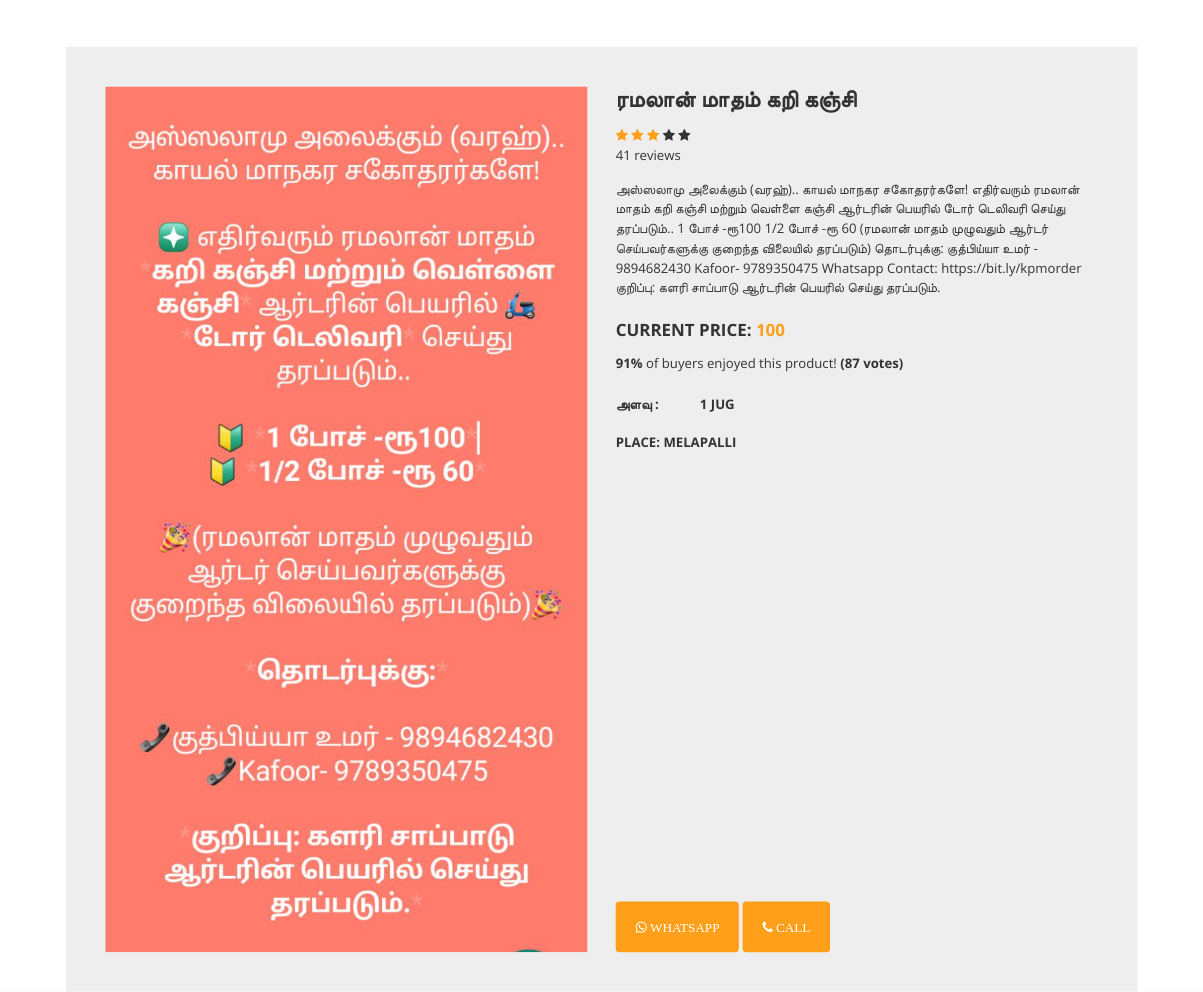
Repository: rsusolutions/RSU-Website
Page: App/files/1.html
An editor plug-in stored every save of this project. The page is shown before and after the next save, followed by the edit.
The browser window is 1280 px wide. The pictures show the whole page, at 94% of full size.
Some web libraries are served in a nearby version.

Above is the page before, as saved 2020-04-21 23:16:29.
Console error (its wording comes from the project's code and is left out).

After the next save:
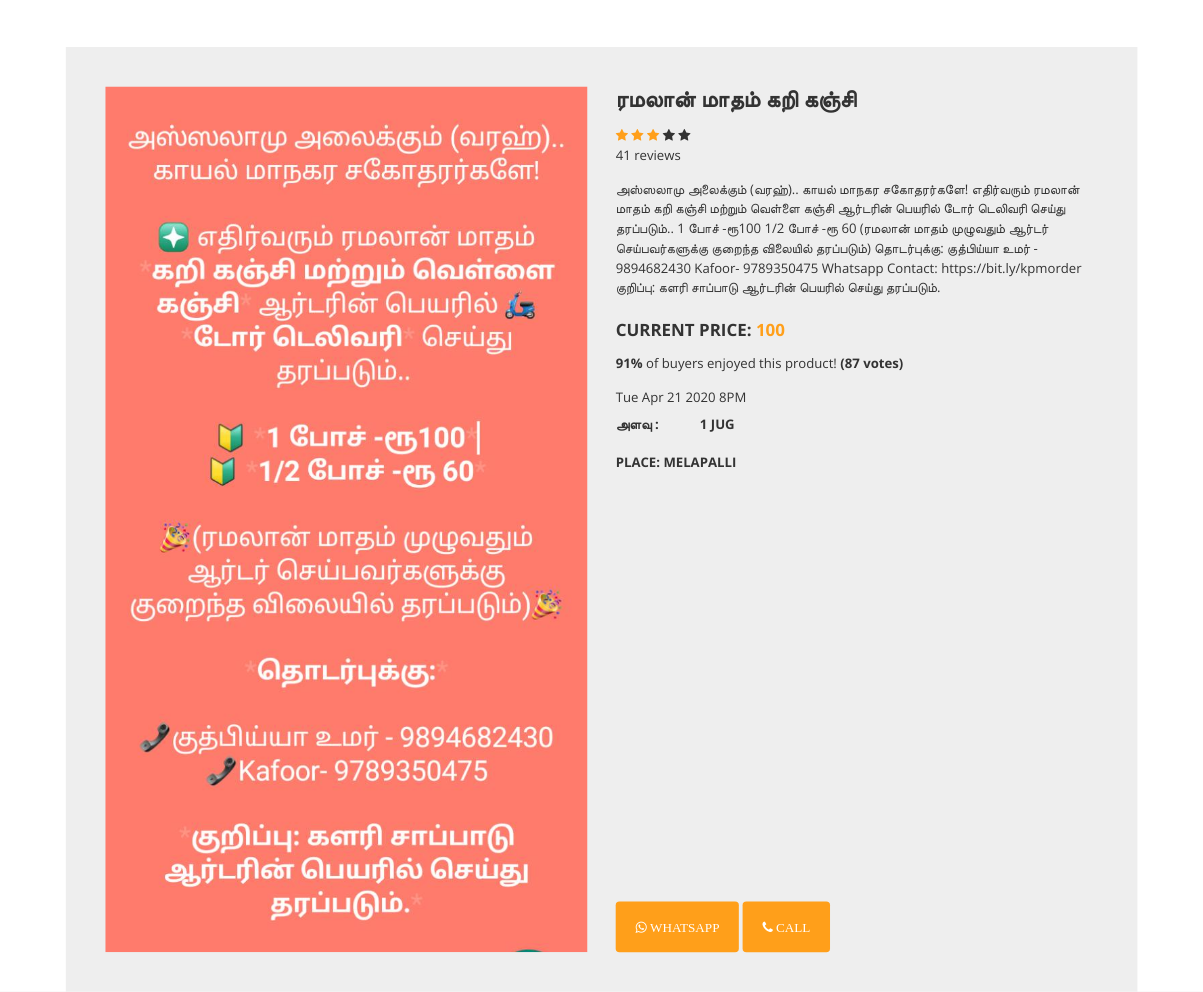
Saved 21 s later.
--- a/App/files/1.html
+++ b/App/files/1.html
@@ -66,6 +66,7 @@
 							குறிப்பு: களரி சாப்பாடு ஆர்டரின் பெயரில் செய்து தரப்படும்.</p>
 						<h4 class="price">current price: <span>100</span></h4>
 						<p class="vote"><strong>91%</strong> of buyers enjoyed this product! <strong>(87 votes)</strong></p>
+						Tue Apr 21 2020 8PM
 						<h5 class="sizes">அளவு :
 							<span class="size" data-toggle="tooltip" title="small">1 jug</span>
 
